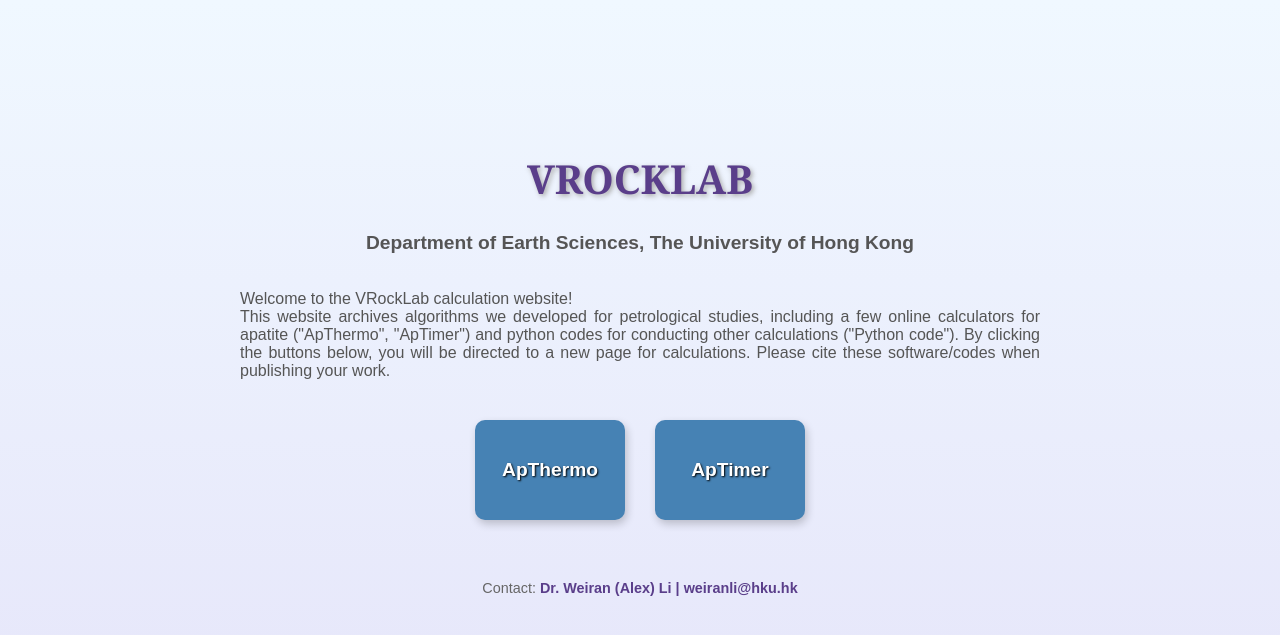
Repository: Abyss2019/home_page
Page: index.html
The author's editor kept a copy of each file at every save. The page is drawn from the files as they stood at one save, then again after the next save.
The browser window is 1280 px wide. The pictures show the whole page.

Above is the page before, as saved 2025-04-06 10:22:53.

After the next save:
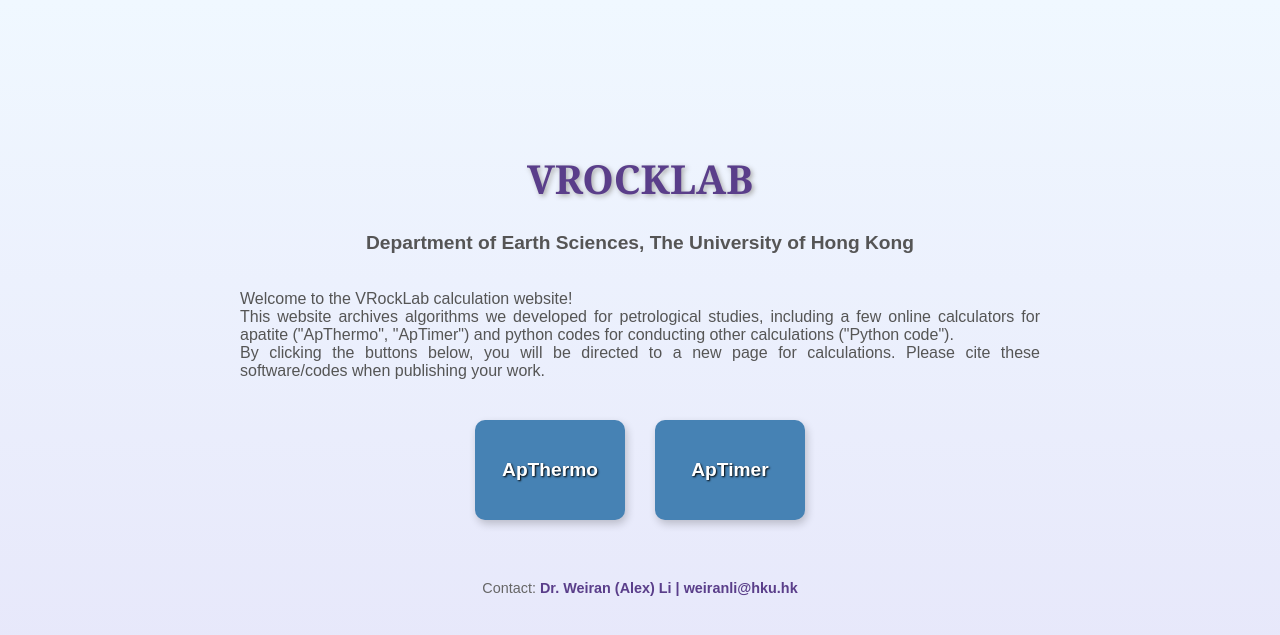
Saved 5 s later.
--- a/index.html
+++ b/index.html
@@ -97,7 +97,7 @@
 
     <div class="intro">
         Welcome to the VRockLab calculation website! <br>
-        This website archives algorithms we developed for petrological studies, including a few online calculators for apatite ("ApThermo", "ApTimer") and python codes for conducting other calculations ("Python code").
+        This website archives algorithms we developed for petrological studies, including a few online calculators for apatite ("ApThermo", "ApTimer") and python codes for conducting other calculations ("Python code"). <br>
         By clicking the buttons below, you will be directed to a new page for calculations.
         Please cite these software/codes when publishing your work.<br>
 
